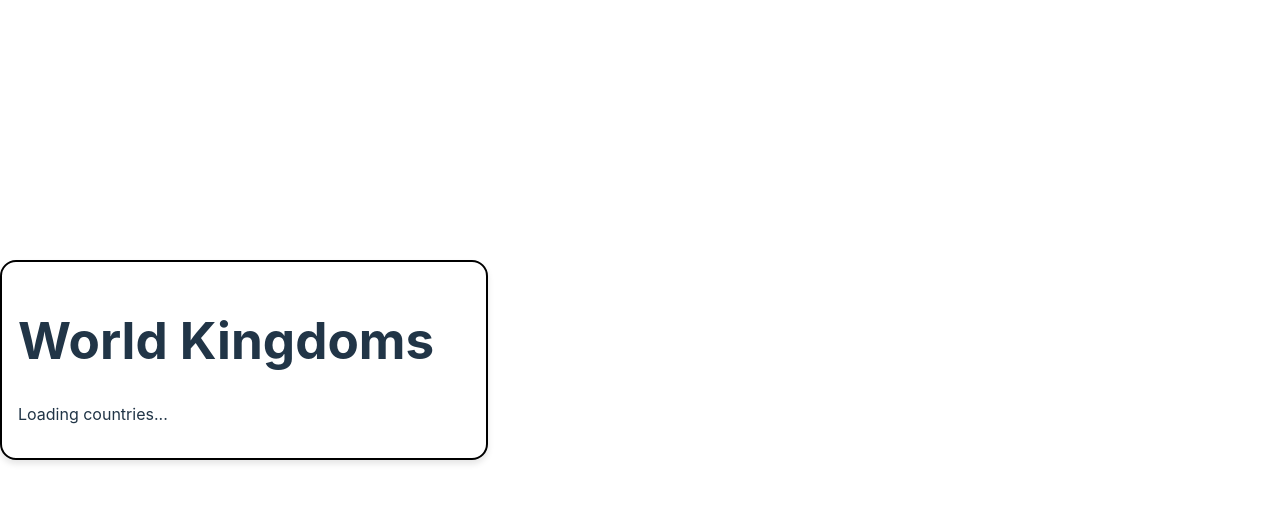
Repository: MelissaJacobi/lab-07
Page: /countries
These files come from the project's save history. The page is drawn as it stood at one moment and after the next save; the edit follows.
The browser window is 1280 px wide. The pictures show the whole page.
The page's requests for data from a server got no answer. The project was rebuilt for these pictures with package versions that can differ from the ones it lists, and the page was loaded fresh each time. No one was signed in, and anything a server would have sent is missing. Also part of the build but not shown: vite.config.js, src/components/Details.module.css, src/components/Details.jsx.

Above is the page before, as saved 2024-11-23 22:21:22.

After the next save:
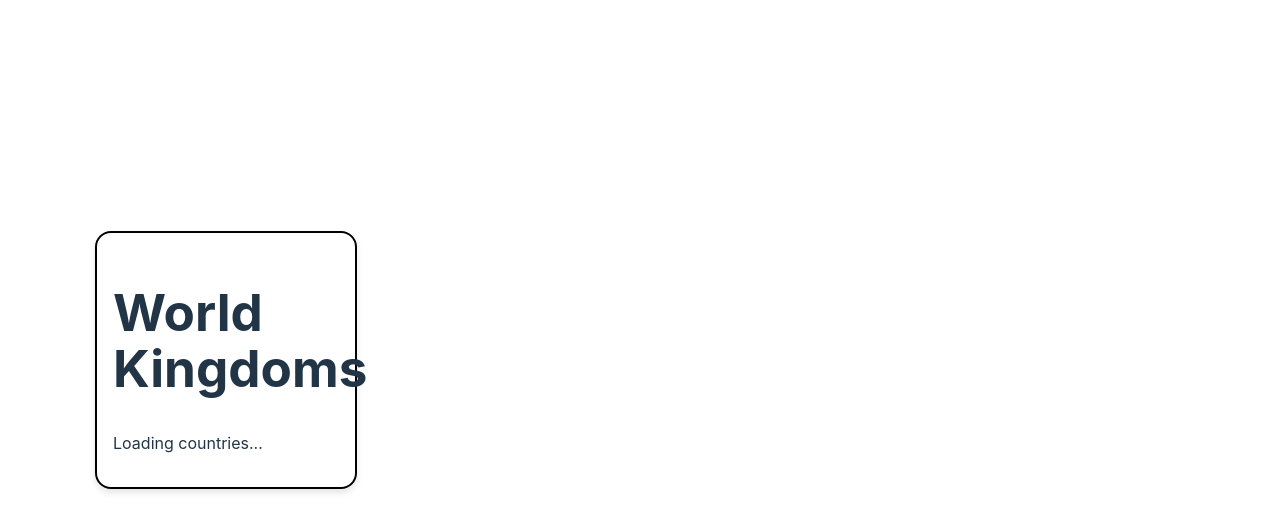
Saved 21 s later.
--- a/src/components/Countries.module.css
+++ b/src/components/Countries.module.css
@@ -1,5 +1,5 @@
 .container {
-    width: 100%;
+    width: 50%;
     border: 2px solid black;
     margin: 1rem auto;
     padding: 1rem;
